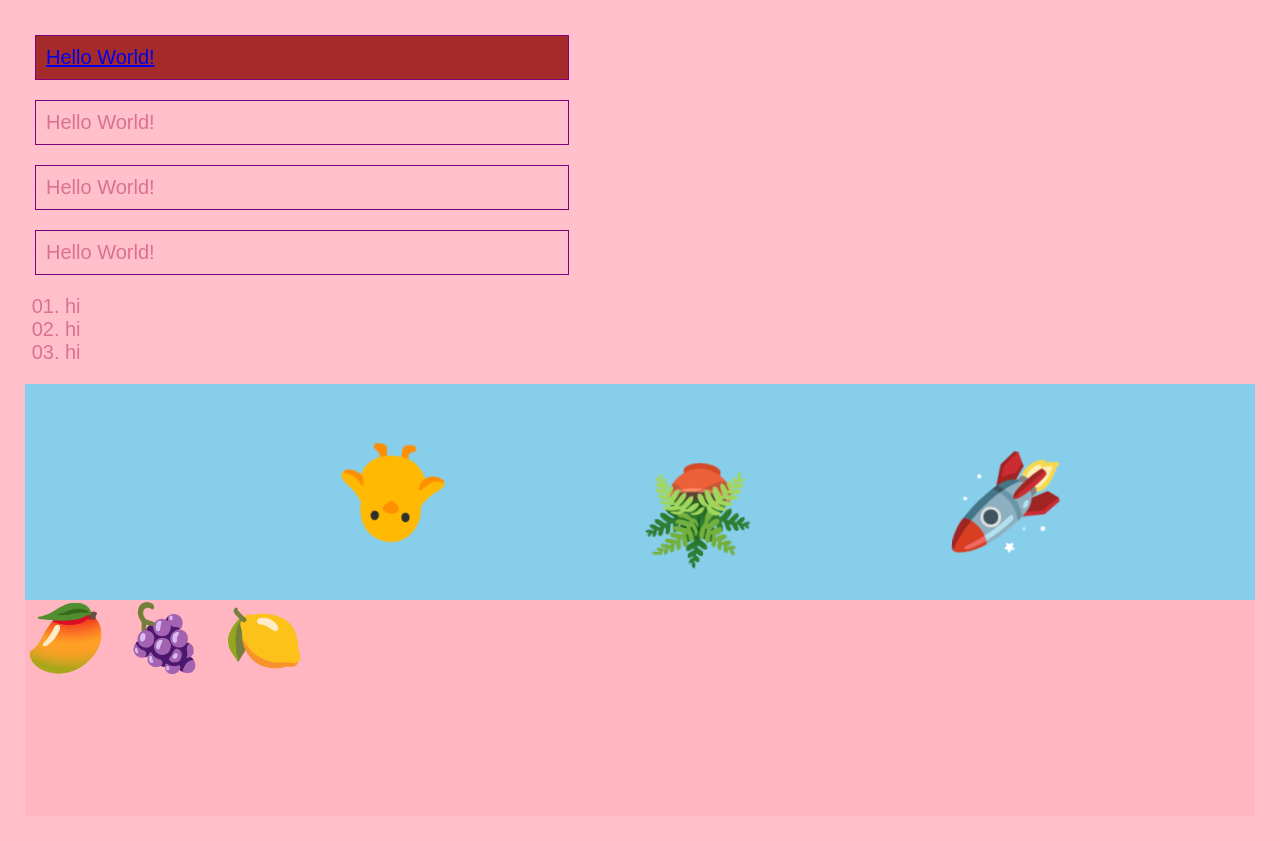
Repository: j1s00jang/MDIA-2109
Page: index2.html
An editor plug-in stored every save of this project. The page is shown before and after the next save, followed by the edit.
The browser window is 1280 px wide. The pictures show the whole page.

Above is the page before, as saved 2025-02-24 10:35:11.

### index2.html
<!DOCTYPE html>
<html lang="en">
<head>
    <meta charset="UTF-8">
    <meta name="viewport" content="width=device-width, initial-scale=1.0">
    <title>Document</title>
    <link rel="stylesheet" href="css/style.css">
</head>
<body>
    <!-- <section>
        Hello World!🐶
    </section>
    <section class="container">
        And Hello!🐻‍❄️
    </section>
    <section class="container" id="specific-container">
        Hello, Teenie!🐰
    </section>
    <section class="section">
        <section class="container">
            Hello fox!🦊
        </section>
    id is override everything!
    id > selector > element
    !important <- it makes absolute value, not effected
    </section> -->



    <section class="container">
        <a href="321.html" class="link">Hello World!</a>
    </section>
    <section class="container">
        Hello World!
    </section>
    <section class="container">
        Hello World!
    </section>
    <section class="container">
        Hello World!
    </section>
    <ul>
        <li>
            hi
        </li>
        <li>
            hi
        </li>
        <li>
            hi
        </li>
    </ul>



    <div class="css">
        <span class="css__spinner spin">🐥</span>
        <span class="css__spinner moreSpin">🪴</span>
        <span class="css__spinner mostSpin">🚀</span>
    </div>

    <div class="js">
        <span class="js__spinner spin">🥭</span>
        <span class="js__spinner moreSpin">🍇</span>
        <span class="js__spinner mostSpin">🍋</span>
    </div>





</body>
</html>

### css/style.css
/* Resets and Basics */

html {
    font-family: "Futura", sans-serif;
    font-size: 1.25em;
    background-color: pink;
    padding: 1.25em;
    color:palevioletred;
}

body {
    margin: 0;
}


section {
    border: 1px solid gray;
    /* border-width: 1px;
    border-style: solid;
    border-color: gray; */
    width: 40vw;
    /* vw is almost similar with % */
    padding: 10px;
    margin: 10px;
}


section .container {
    border-color: darkorange;
}

.container {
    border: 1px solid;
    border-color: purple;
    transition: all 0.5s;
}


.container:first-child {
    background-color: brown;
}




.container:hover {
    width: 50vw;
}

.container + .container {
    margin-top: 20px;
}


.link {
    transition: background-color 1s;
}

.link:hover {
    text-decoration: underline;
    color: gray;
    background-color: hotpink;
}



#specific-container {
    border-color: blue;
}


ul {
    list-style-type: decimal-leading-zero;
}







.icon-box {
    padding: 5px;
}

.icon-box__image {
    width: 40px;
    height: 40px;
}

.icon-box__heading {
    font-size: 20px;
    margin: 10px 0;
    text-align: center;
}

.icon-box__text {
    color: gray;
    font-size: 12px;
}


/* Animations */

.css, .js {
    position: relative;
    height: 30vh;
    font-size: 65px;
}

.css {
    background: skyblue;
}

.js {
    background: lightpink;

}


.css__spinner {
    position: absolute;
    animation: makeItSpin 3s ease-in infinite;
}

.spin { left: 25%; top: 25%; }
.moreSpin { left: 50%; top: 35%; }
.mostSpin { left: 75%; top: 30%; }



@keyframes makeItSpin {
    0% {
        transform: rotate(0);
    }
    50% {
        font-size: 100px;
    }
    100% {
        transform: rotate(360deg);
    }
}

After the next save:
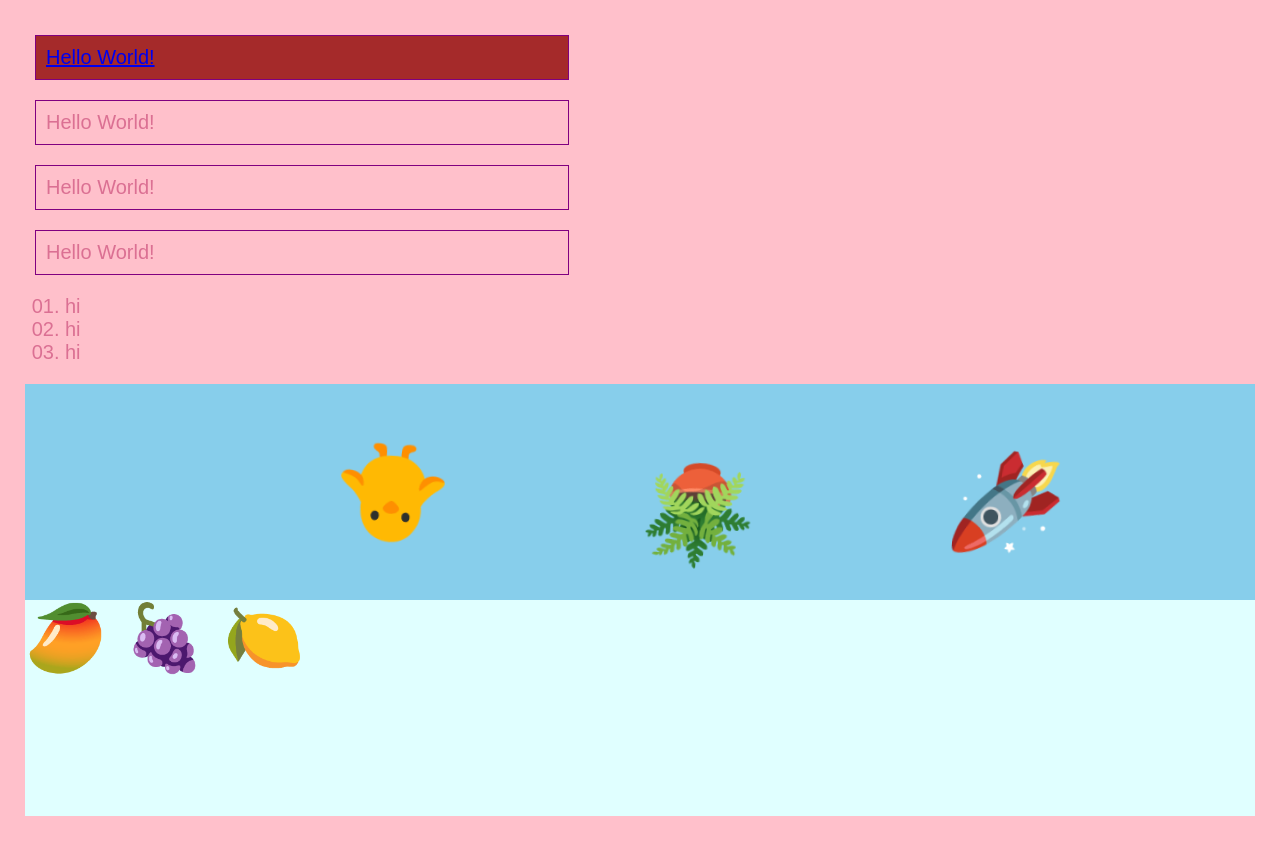
Saved 15 s later.
--- a/css/style.css
+++ b/css/style.css
@@ -113,7 +113,7 @@ ul {
 }
 
 .js {
-    background: lightpink;
+    background: lightcyan;
 
 }
 
